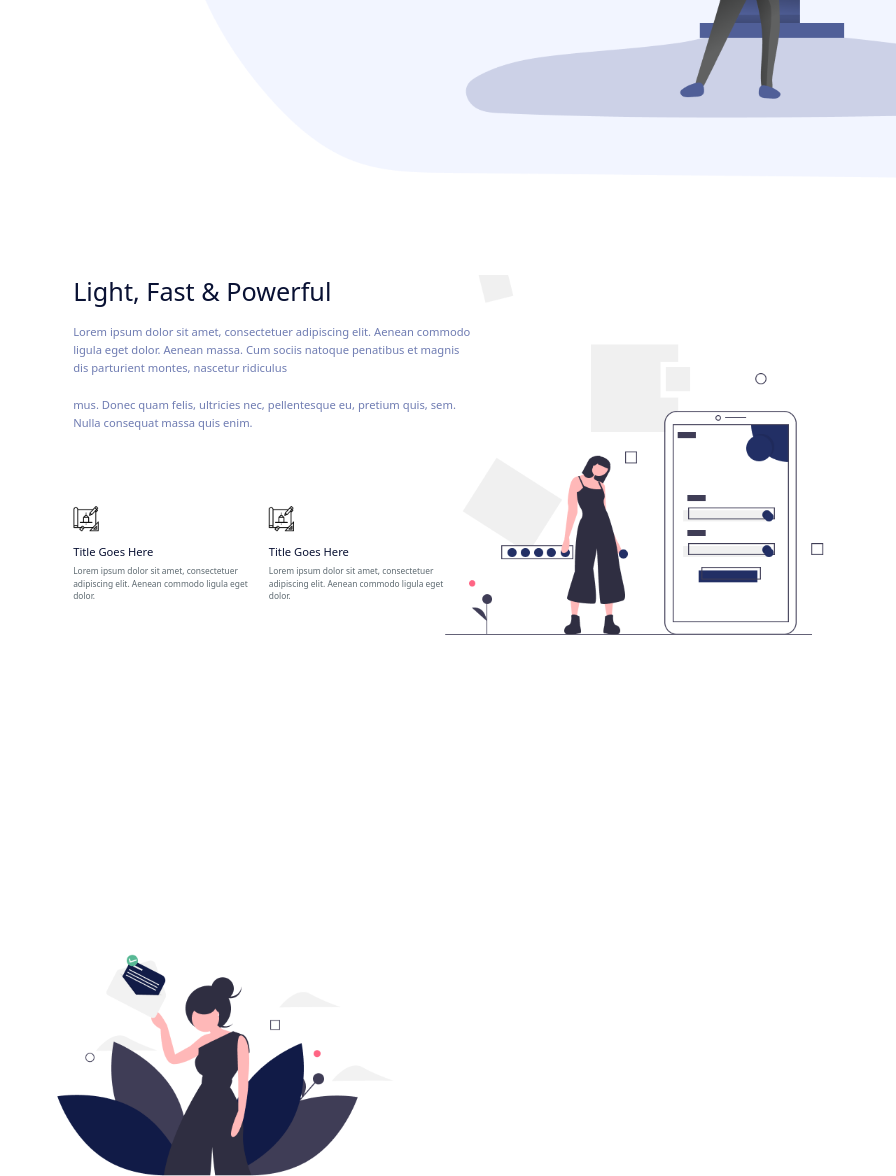
Repository: batonAnton/HW-Lec12-sass-pug
Page: index.html
The author's editor kept a copy of each file at every save. The page is drawn from the files as they stood at one save, then again after the next save.
The browser window is 1280 px wide. The pictures show the part of the page from y = 847 to 2767 px (the page is 2527 px tall before and 2767 px after), at 70% of full size.
The style sheet was rebuilt from its Sass, Less or Tailwind sources for each picture, by a compiler version that may differ from the author's.

Above is the page before, as saved 2022-07-29 17:06:33.

After the next save:
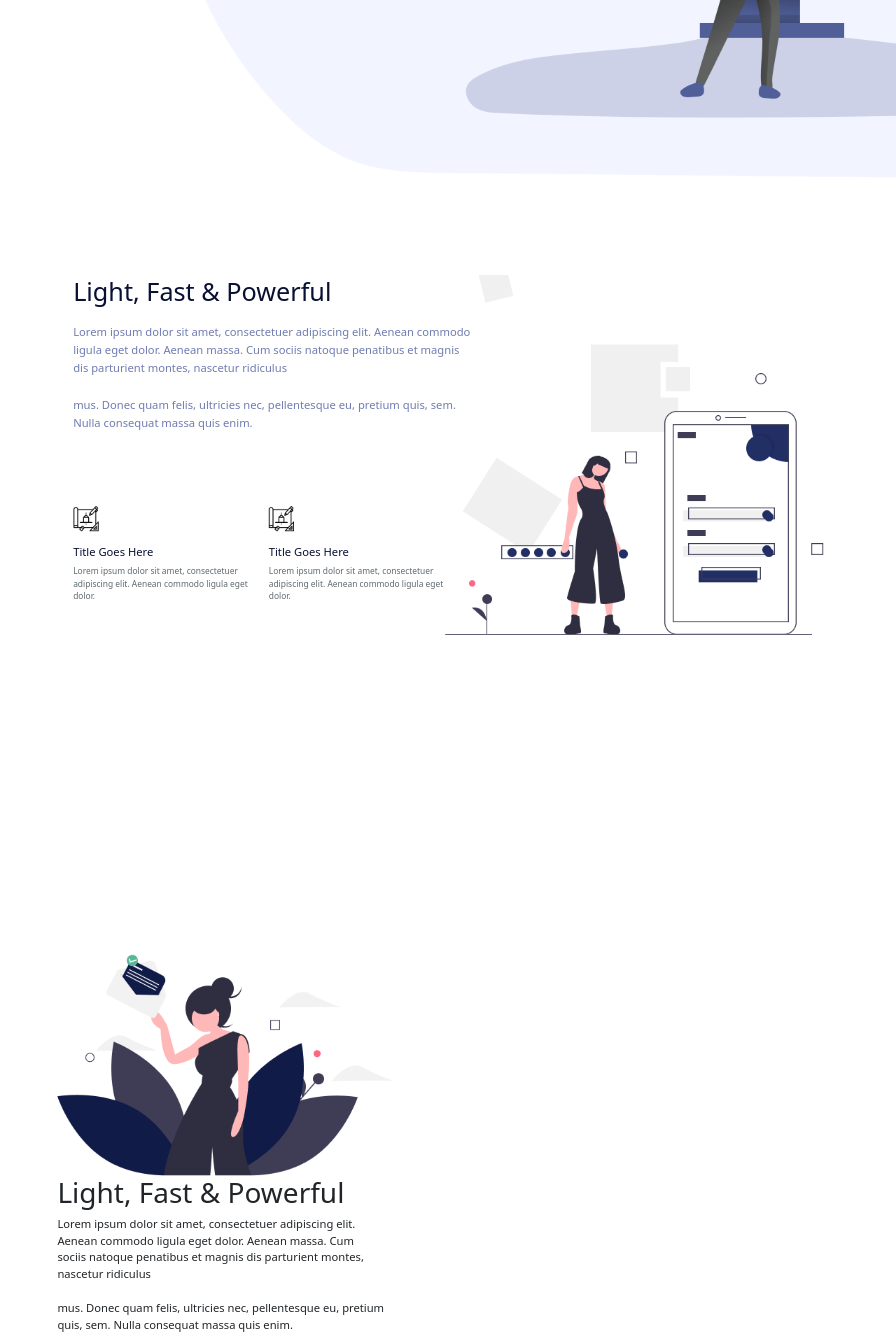
Saved 5 min 10 s later.
--- a/index.html
+++ b/index.html
@@ -84,11 +84,18 @@
 
     <aside>
         <div class="container">
-            <div class="row">
+            <div class="rowAside">
                 <div class="img-left">
                     <img src="./image/aside/img1.png" alt="img" >
                 </div>
-
+                <div class="rightInfo">
+                    <h1>Light, Fast & Powerful</h1>
+                    <p>
+                        Lorem ipsum dolor sit amet, consectetuer adipiscing elit. <br class="hideBr"> Aenean commodo ligula eget dolor. Aenean massa. Cum <br class="hideBr"> sociis natoque penatibus et magnis dis parturient montes, <br class="hideBr"> nascetur ridiculus
+                        <br> <br>
+                        mus. Donec quam felis, ultricies nec, pellentesque eu, pretium <br class="hideBr"> quis, sem. Nulla consequat massa quis enim.
+                    </p>
+                </div>
             </div>
         </div>
     </aside>
